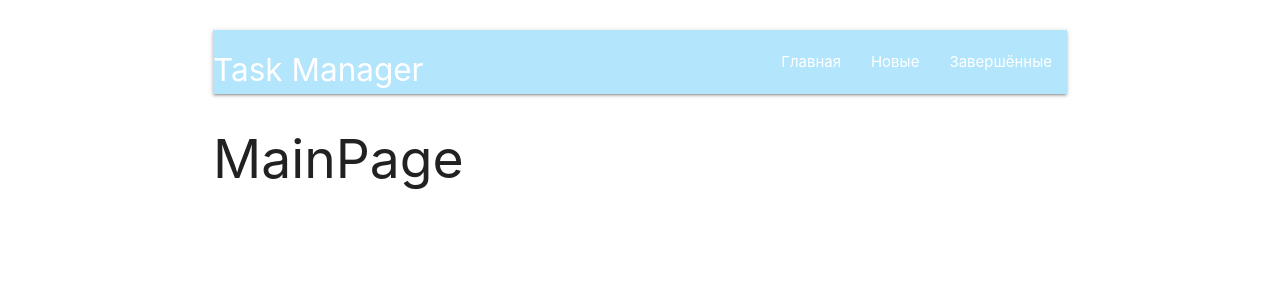
Repository: iveivs/myReactTaskManager
Page: /
An editor plug-in stored every save of this project. The page is shown before and after the next save, followed by the edit.
The browser window is 1280 px wide. The pictures show the whole page.
The project was rebuilt for these pictures with package versions that can differ from the ones it lists, and the page was loaded fresh each time. Also part of the build but not shown: vite.config.js, src/components/DoneTasks.jsx, src/components/NewTasks.jsx.

Above is the page before, as saved 2024-02-12 10:50:13.

### index.html
<!doctype html>
<html lang="en">
  <head>
    <meta charset="UTF-8" />
    <link rel="icon" type="image/svg+xml" href="/vite.svg" />
    <meta name="viewport" content="width=device-width, initial-scale=1.0" />
    <link rel="stylesheet" href="https://cdnjs.cloudflare.com/ajax/libs/materialize/1.0.0/css/materialize.min.css">
    <link href="https://fonts.googleapis.com/icon?family=Material+Icons" rel="stylesheet">
    <title>Task Manager</title>
  </head>
  <body>
    <div id="root"></div>
    <script type="module" src="/src/main.jsx"></script>
  </body>
</html>

### src/main.jsx
import React from 'react'
import ReactDOM from 'react-dom/client'
import { BrowserRouter } from 'react-router-dom';
import App from './App.jsx'
import './index.css'

ReactDOM.createRoot(document.getElementById('root')).render(
  <BrowserRouter>
    <App />
  </BrowserRouter>,
)

### src/App.jsx
import { useState } from 'react'
import { Routes, Route } from 'react-router-dom'
import './App.css'
import DoneTasks from './components/DoneTasks'
import Header from './components/Header'
import MainPage from './components/MainPage'
import NewTasks from './components/NewTasks'

function App() {
  const [input, setInput] = useState('')
  const [tasks, setTasks] = useState([])

  const handleChance = (event) => {
    setInput(event.target.value)
    console.log('target',event.target.value);
    console.log('input',input);
  }

  const handleClick = () => {
    setTasks([...tasks, input])
    console.log('click');
    console.log(tasks);
    setInput('')
  }

  return (
    <>
      <div className="container">
        <Header  />
        <Routes>
          <Route index element={<MainPage />} />
          <Route path="/new" element={<NewTasks />} />
          <Route path="/done" element={<DoneTasks  />} />
        </Routes>

        { input && <h4>{input}</h4> }
        { tasks && (
          tasks.map(e => <p key={e}>task: {e}</p>)
        )}
      </div>

    </>
  )
}

export default App

### src/App.css
#root {
  max-width: 1280px;
  margin: 0 auto;
  padding: 2rem;

}

### src/components/Header.jsx
import { Link } from "react-router-dom";

export default function Header() {
    return (
        <nav className="light-blue lighten-4">
            <div className="nav-wrapper">
                <h4 className="brand-logo">
                    Task Manager
                </h4>
                <ul id="nav-mobile" className="right hide-on-med-and-down">
                    <li>
                        <Link to="/">Главная</Link>
                    </li>
                    <li>
                        <Link to="/new">Новые</Link>
                    </li>
                    <li>
                        <Link to="/done">Завершённые</Link>
                    </li>
                </ul>
            </div>
        </nav>
    );
}

### src/components/MainPage.jsx
export default function MainPage () {
    return (
        <div>
            <h2>MainPage</h2>
        </div>
    )
}

### src/index.css
.inputMain {
    /* border-bottom: 1px solid #000 !important; */
}

After the next save:
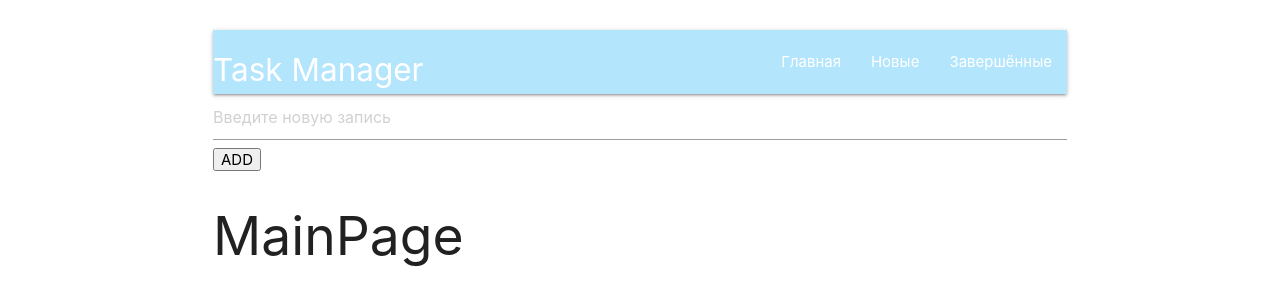
Saved 4 s later.
--- a/src/App.jsx
+++ b/src/App.jsx
@@ -27,6 +27,13 @@ function App() {
     <>
       <div className="container">
         <Header  />
+        <input
+          placeholder='Введите новую запись'
+          className='inputMain'
+          value={input}
+          onChange={(e) => handleChance(e)}
+          type="text" />
+        <button onClick={handleClick}>ADD</button>
         <Routes>
           <Route index element={<MainPage />} />
           <Route path="/new" element={<NewTasks />} />
